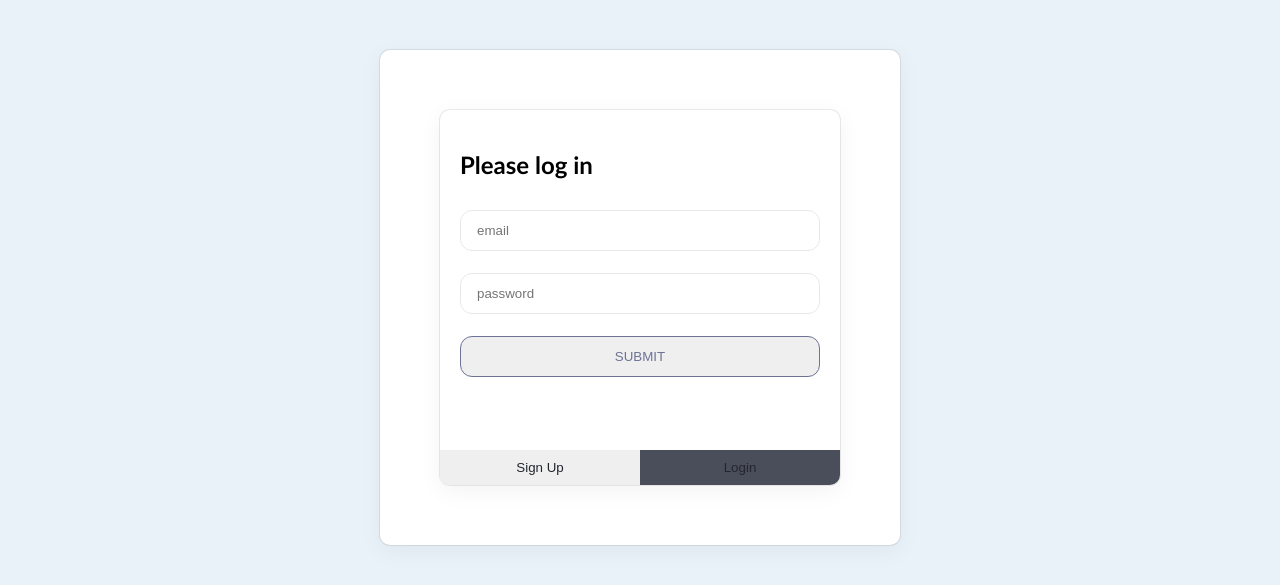
Repository: mosesvk/_todo
Page: / (app in client/)
These files come from the project's save history. The page is drawn as it stood at one moment and after the next save; the edit follows.
The browser window is 1280 px wide. The pictures show the whole page.
The project was rebuilt for these pictures with package versions that can differ from the ones it lists, and the page was loaded fresh each time. Also part of the build but not shown: client/vite.config.js, client/src/components/Modal.jsx, client/src/components/ListHeader.jsx, client/src/components/ProgressBar.jsx, client/src/components/ListItem.jsx. Imported but missing from the stored project, and not drawn on this page: client/src/components/TickIcon.

Above is the page before, as saved 2023-05-06 22:40:42.

After the next save:
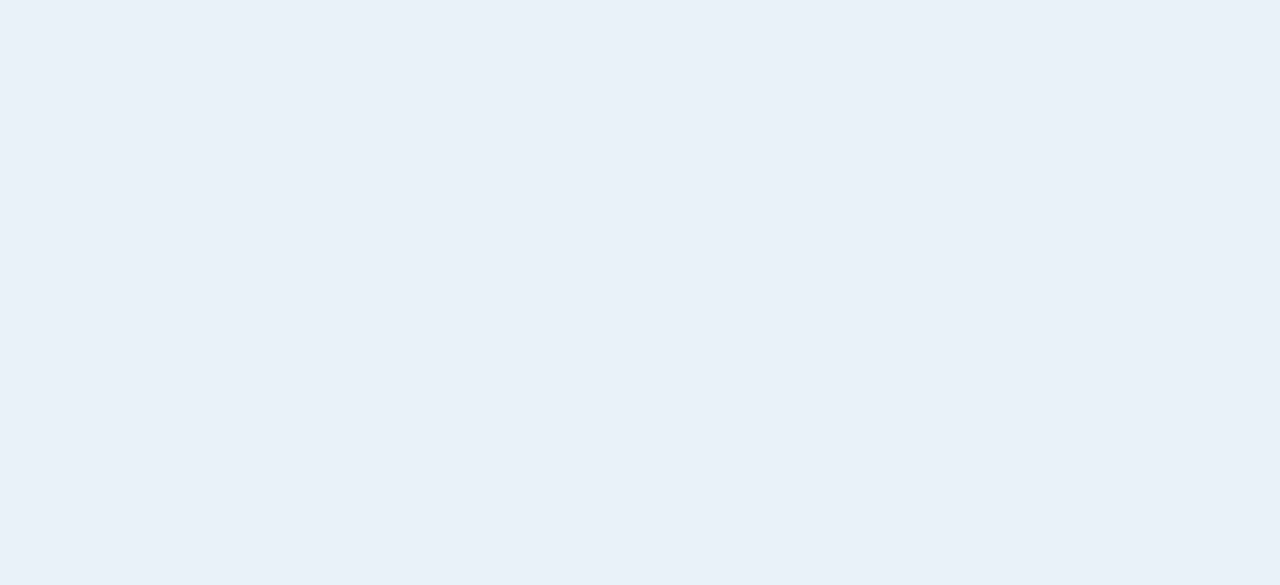
Console error: ReferenceError: e is not defined
Saved 66 s later.
--- a/client/src/components/Auth.jsx
+++ b/client/src/components/Auth.jsx
@@ -31,7 +31,7 @@
       <div className='auth-container-box'>
         <form>
           <h2>{isLogin ? 'Please log in' : 'Please sign up'}</h2>
-          <input type='email' placeholder='email' />
+          <input type='email' placeholder='email' onChange={setPassword(e.target.value)} />
           <input type='password' placeholder='password' />
           {!isLogin && <input type='password' placeholder='confirm password' />}
           <input type='submit' className='create' onClick={(e) => handleSubmit(e, isLogin ? 'login' : 'signup')} />

After the save that followed:
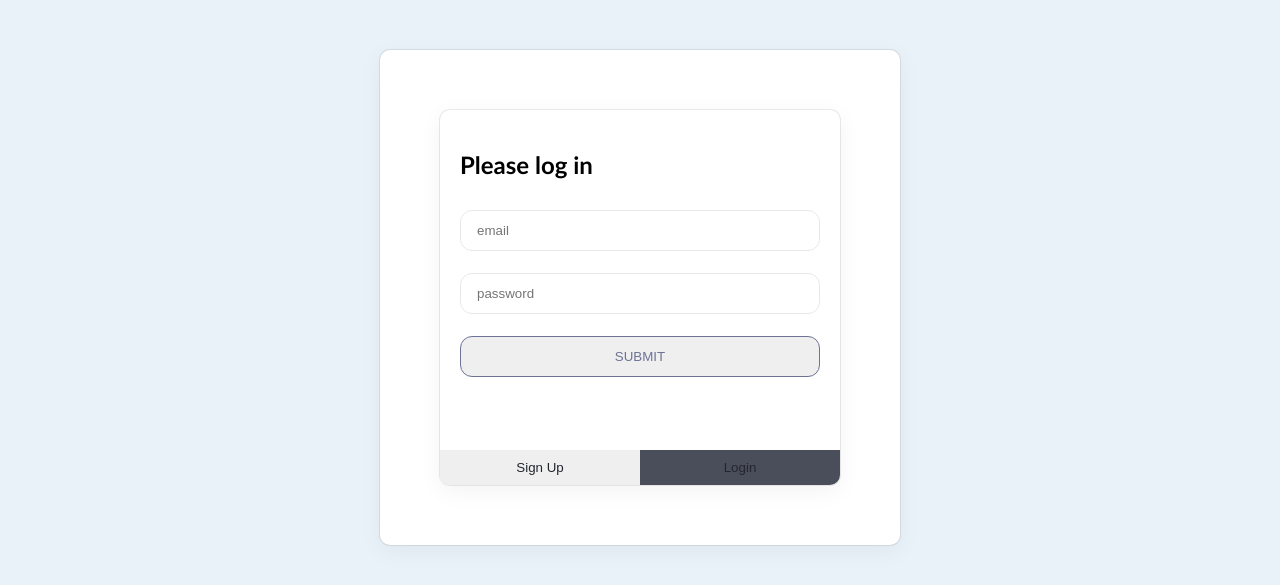
The error is gone.
Saved 61 s later.
--- a/client/src/components/Auth.jsx
+++ b/client/src/components/Auth.jsx
@@ -31,8 +31,8 @@
       <div className='auth-container-box'>
         <form>
           <h2>{isLogin ? 'Please log in' : 'Please sign up'}</h2>
-          <input type='email' placeholder='email' onChange={setPassword(e.target.value)} />
-          <input type='password' placeholder='password' />
+          <input type='email' placeholder='email' onChange={(e) => setPassword(e.target.value)} />
+          <input type='password' placeholder='password' onChange={(e) => setPassword(e.target.value)} />
           {!isLogin && <input type='password' placeholder='confirm password' />}
           <input type='submit' className='create' onClick={(e) => handleSubmit(e, isLogin ? 'login' : 'signup')} />
           <p></p>
